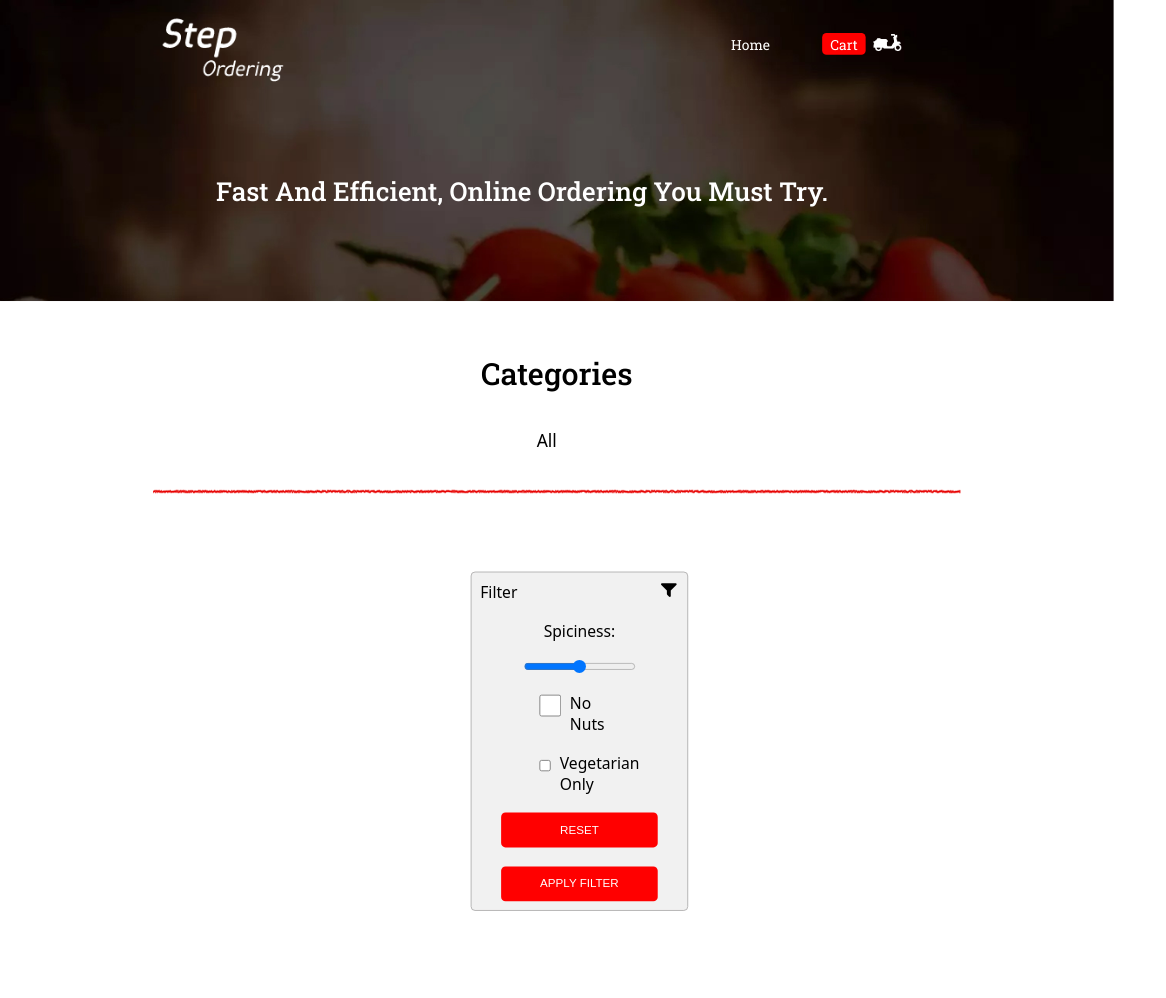
Repository: anastasia29-step/Online-Restaurant
Page: index.html
An editor plug-in stored every save of this project. The page is shown before and after the next save, followed by the edit.
The browser window is 1280 px wide. The page is 1340 px wide, so the pictures cover 1340 px, including what lies to the right of the window. The pictures show the whole page, at 87% of full size.
Some web libraries are served in a nearby version.

Above is the page before, as saved 2026-03-10 16:08:09.
Not found: app.js/

After the next save:
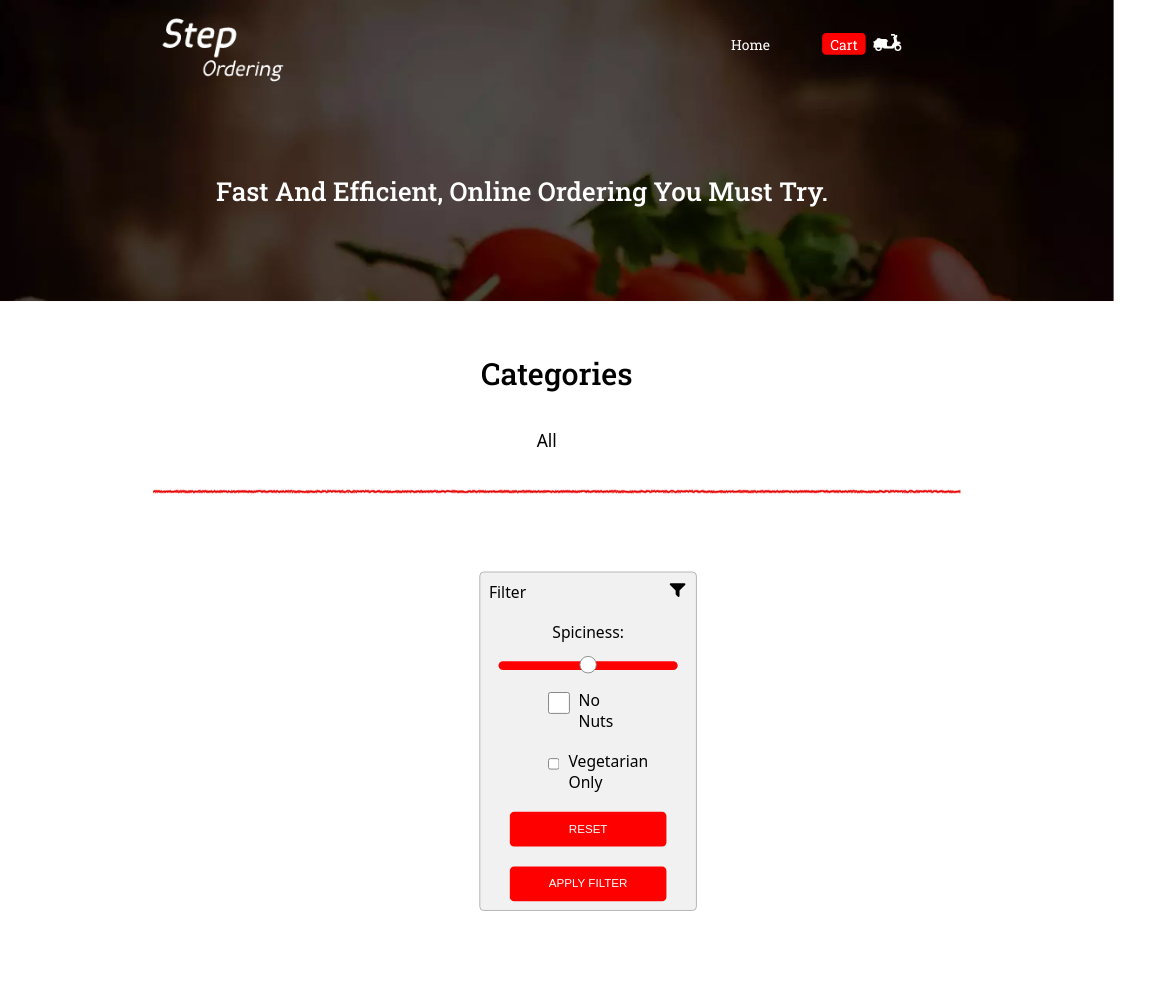
Saved 13 min 59 s later.
--- a/style.css
+++ b/style.css
@@ -85,14 +85,14 @@ ul::after {
     height: 100px;
     background-image: url("photo/border.png");
     background-repeat: repeat-x;
-    content:"";
-    position:absolute;
-    bottom:0;
-    left:0;
-    width:100%;
-    height:5px;
-    background-image:url("photo/border.png");
-    background-repeat:repeat-x;
+    content: "";
+    position: absolute;
+    bottom: 0;
+    left: 0;
+    width: 100%;
+    height: 5px;
+    background-image: url("photo/border.png");
+    background-repeat: repeat-x;
 }
 
 .beside .right {
@@ -211,6 +211,7 @@ ul li:hover {
     gap: 10px;
     justify-content: flex-start;
 }
+
 .next input {
     width: 30px;
     height: 30px;
@@ -227,6 +228,40 @@ ul li:hover {
     transition: 0.5s;
 }
 
+.range {
+    width: 90%;
+    appearance: none;
+    -webkit-appearance: none;
+}
+.range::-webkit-slider-runnable-track{
+    height: 10px;
+    background: red;
+    border-radius: 10px;
+}
+.range::-webkit-slider-thumb{
+    appearance: none;
+    -webkit-appearance: none;
+    width: 20px;
+    height: 20px;
+    background-color: white;
+    border-radius: 50%;
+    border: 1px solid grey;
+    cursor: pointer;
+    margin-top: -6px;
+}
+.range::-moz-range-track{
+    height: 6px;
+    background-color: red;
+    border-radius: 10px;
+}
+.range::-moz-range-thumb{
+    width: 18px;
+    height: 18px;
+    background-color: white;
+    border-radius: 50%;
+    cursor: pointer;
+}
+
 
 .filteredCard button:hover {
     background-color: #FFCC00;
@@ -238,6 +273,7 @@ ul li:hover {
     flex-wrap: wrap;
     padding: 40px;
     gap: 25px;
+    margin-left: -20px;
 }
 
 .card {
